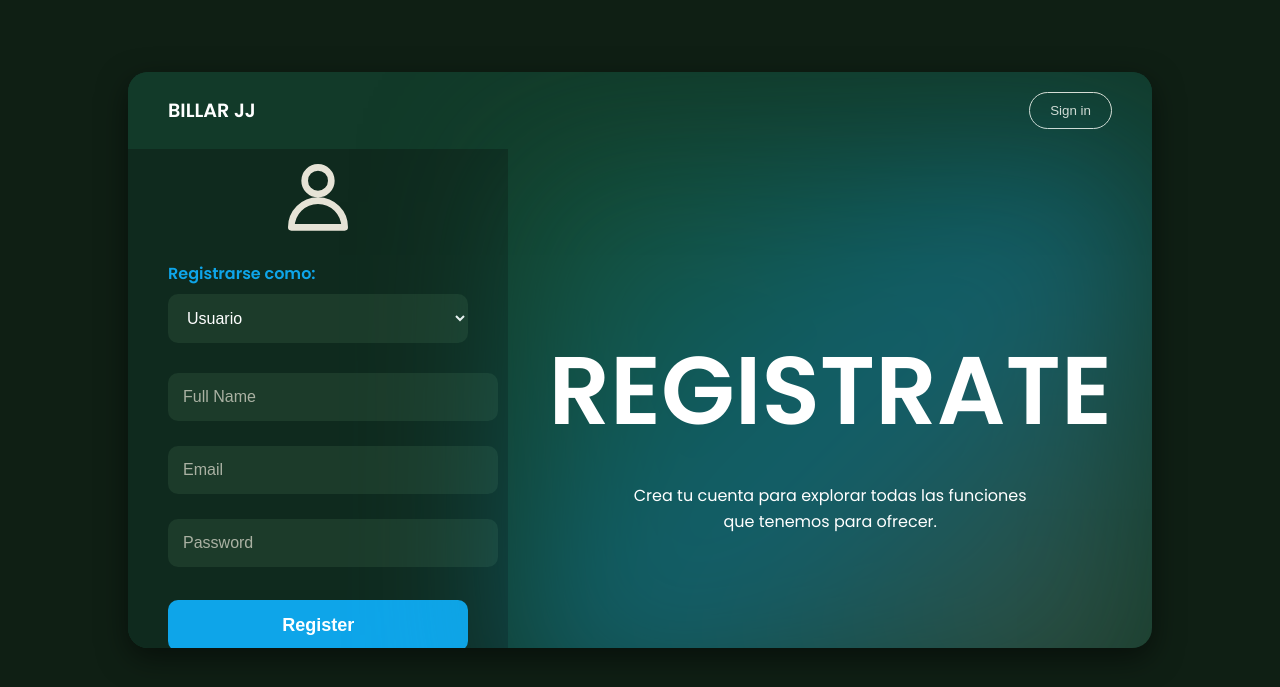
Repository: julianvargas55/ProyectoFormativoBilliarJJ
Page: http://localhost/usuario/registro
These files come from the project's save history. The page is drawn as it stood at one moment and after the next save; the edit follows.
The browser window is 1280 px wide. The pictures show the whole page.
The page is this project's Thymeleaf template; nobody is signed in. The template is opened directly, without the code that normally fills it, so the values that code supplies are empty.

Above is the page before, as saved 2025-10-10 21:33:30.

### test/src/main/resources/templates/usuario/registro.html
<!DOCTYPE html>
<html lang="en">
<head>
    <meta charset="UTF-8">
    <meta name="viewport" content="width=device-width, initial-scale=1.0">
    <title>Register</title>
    <link rel="stylesheet" href="/assets/css/REGISTRO.CSS">
    <link rel="preconnect" href="https://fonts.googleapis.com">
    <link rel="preconnect" href="https://fonts.gstatic.com" crossorigin>
    <link href="https://fonts.googleapis.com/css2?family=Poppins:wght@400;600&display=swap" rel="stylesheet">
</head>
<body>
    <div class="container">
        <header class="navbar">
            <div class="logo">
                <span>BILLAR JJ</span>
            </div>
            <nav>
                <ul>

                </ul>
            </nav>
            <button class="sign-up-btn">Sign in</button>
        </header>
        <div class="main-content">
            <div class="register-panel">
                <div class="profile-icon">
                    <svg viewBox="0 0 24 24" fill="none" xmlns="http://www.w3.org/2000/svg">
                        <path d="M12 4a4 4 0 100 8 4 4 0 000-8zM12 14a8 8 0 00-8 8h16a8 8 0 00-8-8z" stroke="currentColor" stroke-width="2" stroke-linecap="round" stroke-linejoin="round"/>
                    </svg>
                </div>
                <form class="register-form">
                    <div class="input-group">
                        <label for="tipo" class="tipo-label">Registrarse como:</label>
                        <select id="tipo" name="tipo" class="tipo-select">
                            <option value="usuario">Usuario</option>
                            <option value="administrador">Administrador</option>
                        </select>
                    </div>
                    <div class="input-group">
                        <input type="text" placeholder="Full Name">
                    </div>
                    <div class="input-group">
                        <input type="email" placeholder="Email">
                    </div>
                    <div class="input-group">
                        <input type="password" placeholder="Password">
                    </div>
                    <button type="submit" class="register-btn">Register</button>
                    <div class="options">
                        <a href="">Already have an account?</a>
                    </div>
                </form>
            </div>
            <div class="welcome-section">
                <div class="gradient-bg"></div>
                <div class="text-content">
                    <h1>REGISTRATE</h1>
                    <p>Crea tu cuenta para explorar todas las funciones que tenemos para ofrecer.</p>
                </div>
            </div>
        </div>
    </div>
</body>
</html>

### test/src/main/resources/static/assets/css/REGISTRO.CSS
:root {
    --primary-bg: #0F1F14; /* Fondo profundo verde oscuro (paño) */
    --secondary-bg: #123A29; /* Paneles en verde oscuro */
    --text-color: #E6E3D6; /* Marfil suave para textos */
    --white: #FFFFFF;
    --accent-pink: #0EA5E9; /* Usado como botón principal: tiza azul */
}

body {
    margin: 0;
    font-family: 'Poppins', sans-serif;
    background: var(--primary-bg);
    color: var(--text-color);
    display: flex;
    justify-content: center;
    align-items: center;
    height: 100vh;
}

.container {
    background: var(--secondary-bg);
    border-radius: 20px;
    box-shadow: 0 10px 30px rgba(0, 0, 0, 0.5);
    display: flex;
    flex-direction: column;
    width: 80vw;
    max-width: 1200px;
    height: 80vh;
    max-height: 800px;
    overflow: hidden;
}

.navbar {
    display: flex;
    justify-content: space-between;
    align-items: center;
    padding: 20px 40px;
    background: var(--secondary-bg);
}

.navbar .logo span {
    color: var(--white);
    font-weight: 600;
    font-size: 1.2rem;
}

.navbar nav ul {
    list-style: none;
    display: flex;
    margin: 0;
    padding: 0;
}

.navbar nav ul li {
    margin: 0 15px;
}

.navbar nav ul li a {
    text-decoration: none;
    color: var(--text-color);
    font-weight: 400;
    transition: color 0.3s;
}

.navbar nav ul li a:hover {
    color: var(--white);
}

.sign-up-btn {
    background-color: transparent;
    border: 1px solid var(--text-color);
    color: var(--text-color);
    padding: 10px 20px;
    border-radius: 20px;
    cursor: pointer;
    transition: all 0.3s;
}

.sign-up-btn:hover {
    background-color: var(--text-color);
    color: var(--secondary-bg);
}

.main-content {
    display: flex;
    flex-grow: 1;
}

.register-panel {
    flex-basis: 35%;
    background: #0F2A1E;
    padding: 5px 40px 40px 40px;
    display: flex;
    flex-direction: column;
    justify-content: flex-start;
    align-items: center;
}

.profile-icon svg {
    width: 80px;
    height: 80px;
    color: var(--text-color);
    margin-bottom: 20px;
}

.register-form {
    width: 100%;
}

.input-group {
    margin-bottom: 25px;
    display: flex;
    flex-direction: column;
    align-items: stretch;
}

.input-group input {
    width: 100%;
    padding: 15px;
    border: none;
    background: #1C3B2A;
    border-radius: 10px;
    color: var(--white);
    font-size: 16px;
    outline: none;
}

.tipo-label {
    color: #0EA5E9;
    font-weight: 600;
    margin-bottom: 8px;
    font-size: 1rem;
}

.tipo-select {
    width: 100%;
    padding: 15px;
    border-radius: 10px;
    border: none;
    background: #1C3B2A;
    color: var(--white);
    font-size: 16px;
    outline: none;
    margin-bottom: 5px;
}

.input-group input::placeholder {
    color: var(--text-color);
    opacity: 0.7;
}

.register-btn {
    width: 100%;
    padding: 15px;
    background: var(--accent-pink);
    color: var(--white);
    border: none;
    border-radius: 10px;
    font-size: 18px;
    font-weight: 600;
    cursor: pointer;
    margin-top: 8px;
    transition: background 0.3s;
}

.register-btn:hover {
    background: #0284C7; /* Azul tiza más profundo */
}

.options {
    display: flex;
    justify-content: center;
    margin-top: 15px;
    font-size: 12px;
}

.options a {
    color: var(--text-color);
    text-decoration: none;
    transition: color 0.3s;
}

.options a:hover {
    color: var(--white);
}

.welcome-section {
    flex-basis: 65%;
    position: relative;
    display: flex;
    flex-direction: column;
    justify-content: center;
    align-items: center;
    text-align: center;
    padding: 40px;
}

.gradient-bg {
    position: absolute;
    top: 0;
    left: 0;
    width: 100%;
    height: 100%;
    background: linear-gradient(135deg,
        rgba(22, 101, 52, 0.7),  /* Verde paño */
        rgba(14, 165, 233, 0.6), /* Tiza azul */
        rgba(139, 94, 60, 0.55)  /* Madera */
    );
    filter: blur(80px);
    z-index: 0;
    opacity: 0.6;
}

.welcome-section .text-content {
    position: relative;
    z-index: 1;
    color: var(--white);
    display: flex;
    flex-direction: column;
    align-items: center;
    justify-content: center;
    height: 100%;
}

.welcome-section h1 {
    font-size: 6rem;
    font-weight: 600;
    margin: 0;
    color: var(--white);
}

.welcome-section p {
    max-width: 400px;
    margin: 20px 0;
    font-size: 1rem;
    line-height: 1.6;
}

After the next save:
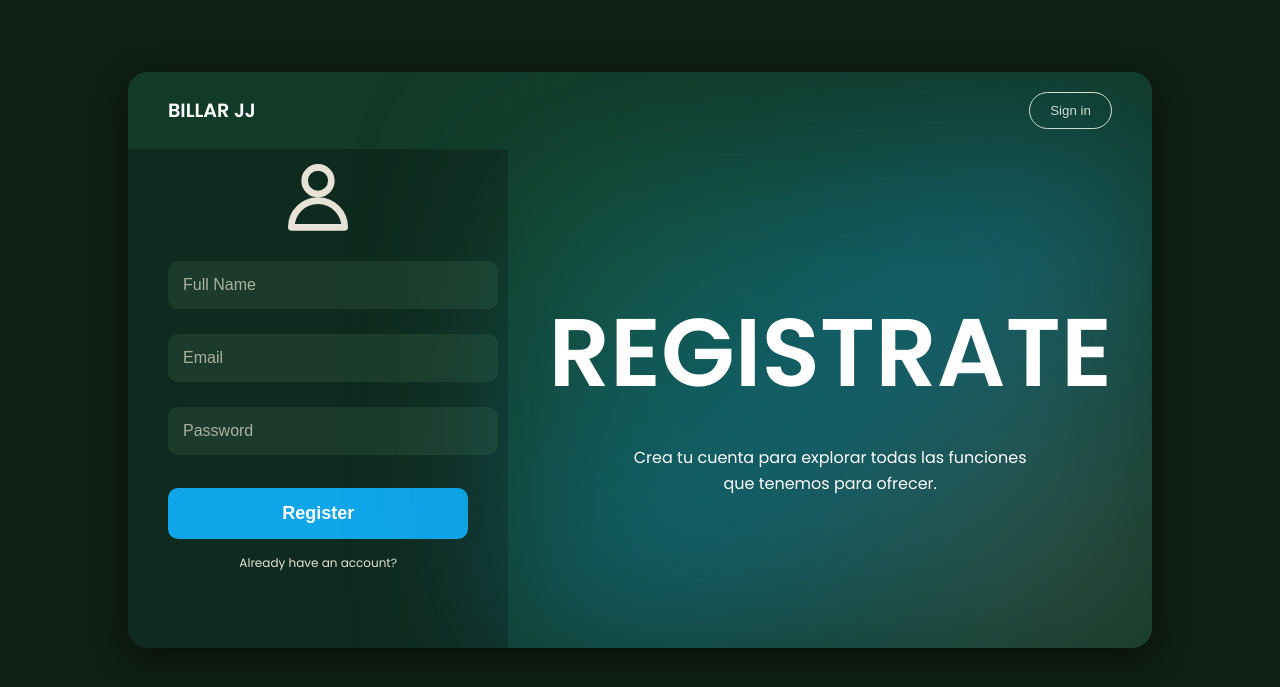
Saved 47 s later.
--- a/test/src/main/resources/templates/usuario/registro.html
+++ b/test/src/main/resources/templates/usuario/registro.html
@@ -30,13 +30,7 @@
                     </svg>
                 </div>
                 <form class="register-form">
-                    <div class="input-group">
-                        <label for="tipo" class="tipo-label">Registrarse como:</label>
-                        <select id="tipo" name="tipo" class="tipo-select">
-                            <option value="usuario">Usuario</option>
-                            <option value="administrador">Administrador</option>
-                        </select>
-                    </div>
+
                     <div class="input-group">
                         <input type="text" placeholder="Full Name">
                     </div>
